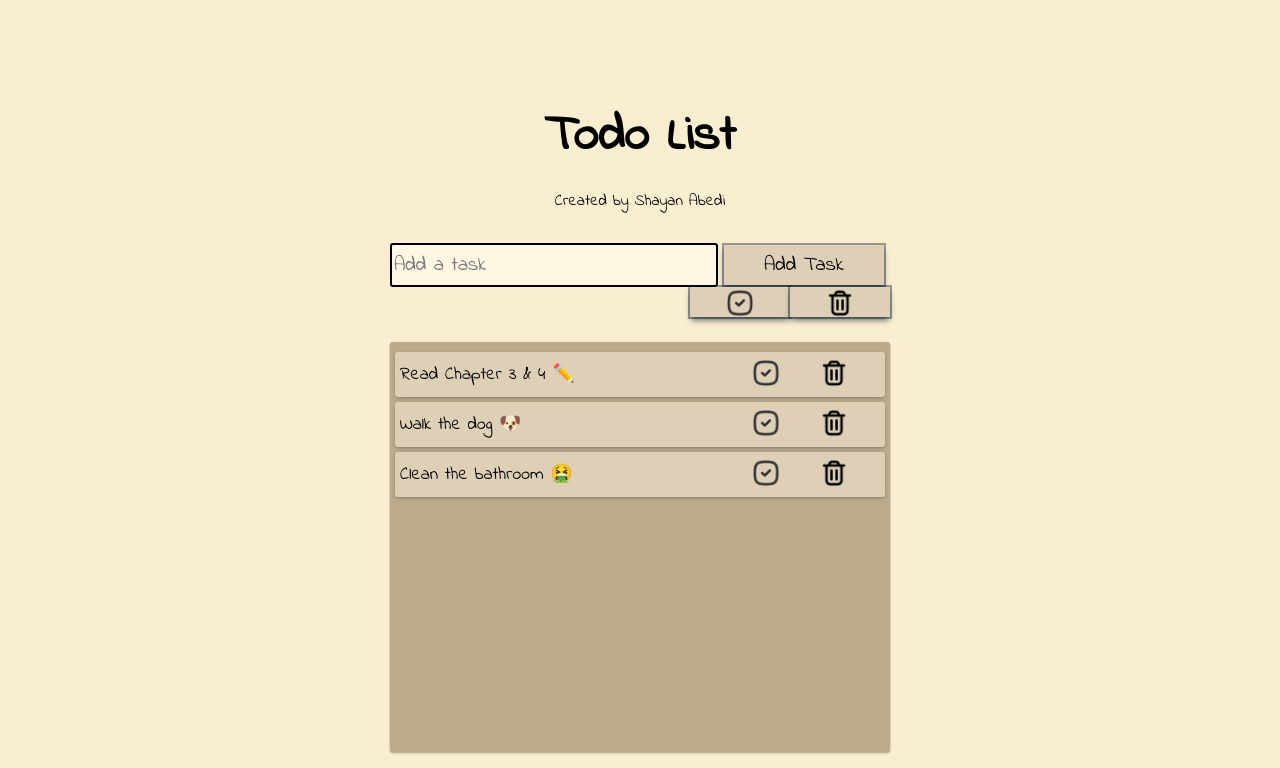
Repository: shayanabedi98/todo-list
Page: /
These files come from the project's save history. The page is drawn as it stood at one moment and after the next save; the edit follows.
The browser window is 1280 px wide. The pictures show the whole page.
The project was rebuilt for these pictures with package versions that can differ from the ones it lists, and the page was loaded fresh each time. Also part of the build but not shown: vite.config.js.

Above is the page before, as saved 2023-12-30 17:10:50.

### index.html
<!doctype html>
<html lang="en">
  <head>
    <meta charset="UTF-8" />
    <link rel="icon" type="image/svg+xml" href="./src/assets/pencil-svgrepo-com.png" />
    <meta name="viewport" content="width=device-width, initial-scale=1.0" />
    <link rel="preconnect" href="https://fonts.googleapis.com">
    <link rel="preconnect" href="https://fonts.gstatic.com" crossorigin>
    <link href="https://fonts.googleapis.com/css2?family=Indie+Flower&display=swap" rel="stylesheet">
    <title>Todo List</title>
  </head>
  <body>
    <div id="root"></div>
    <script type="module" src="/src/main.jsx"></script>
  </body>
</html>

### src/App.jsx
import { useState } from "react";
import { v4 as uuid } from "uuid";
import TodoList from "./TodoList";
import CreateTask from "./CreateTask";
import AffectAll from "./AffectAll";

function App() {
  const [list, setList] = useState([
    { id: uuid(), text: "Read Chapter 3 & 4 ✏️", completed: false },
    { id: uuid(), text: "Walk the dog 🐶", completed: false },
    { id: uuid(), text: "Clean the bathroom 🤮", completed: false },
  ]);
  const [input, setInput] = useState("");

  const addTask = () => {
    if (input.trim() !== "") {
      setList([...list, { id: uuid(), text: input, completed: false }]);
      setInput("");
    }
  };

  const handleChange = (event) => {
    setInput(event.target.value);
  };

  const handleDelete = (taskID) => {
    const newList = list.filter((task) => {
      return task.id !== taskID;
    });
    setList(newList);
  };

  const handleComplete = (taskID) => {
    const newList = list.map((task) => {
      if (task.id === taskID) {
        return { ...task, completed: !task.completed };
      } else {
        return task;
      }
    });
    setList(newList);
  };

  const clearAll = () => {
    setList([]);
  };

  const completeAll = () => {
    const isItCompleted = list.some((task) => !task.completed);
    const newList = list.map((task) => ({ ...task, completed: isItCompleted }));
    setList(newList)
  };

  return (
    <>
      <h1>Todo List</h1>
      <p>Created by Shayan Abedi</p>
      <CreateTask handleChange={handleChange} input={input} addTask={addTask} />
      <AffectAll clearAll={clearAll} completeAll={completeAll} />
      <TodoList
        list={list}
        handleDelete={handleDelete}
        handleComplete={handleComplete}
      />
    </>
  );
}

export default App;

### src/index.css
body {
  background-color: #FAEED1;
  font-family: 'Indie Flower', cursive;
}

h1 {
  font-size: 50px;
  margin-top: 100px;
  margin-bottom: 0;
  text-align: center;
}

.create-task {
  display: grid;
  place-items: center;
  align-content: center;
  grid-template-columns: 1fr 1fr;
  margin: 30px auto 0 auto;
}

.create-task input {
  background-color: #FDF7E4;
  border: 2px solid black;
  border-radius: 3px;
  font-size: 20px;
  height: 38px;
  width: 320px;
  font-family: 'Indie Flower', cursive;
}

.create-task button {
  background-color: #DED0B6;
  border: none;
  font-family: 'Indie Flower', cursive;
  height: 40px;
  width: 160px;
  font-size: 20px;
  box-shadow: rgba(6, 24, 44, 0.4) 0px 0px 0px 2px, rgba(6, 24, 44, 0.65) 0px 4px 6px -1px, rgba(255, 255, 255, 0.08) 0px 1px 0px inset;
  cursor: pointer;
}

.affect-all {
  text-align: end;
}

.affect-all button {
  background-color: #DED0B6;
  border: none;
  font-family: 'Indie Flower', cursive;
  height: 30px;
  width: 100px;
  box-shadow: rgba(6, 24, 44, 0.4) 0px 0px 0px 2px, rgba(6, 24, 44, 0.65) 0px 4px 6px -1px, rgba(255, 255, 255, 0.08) 0px 1px 0px inset;
  cursor: pointer;
}

.list ul {
 padding: 5px;
 box-shadow: rgba(0, 0, 0, 0.12) 0px 1px 3px, rgba(0, 0, 0, 0.24) 0px 1px 2px;
  border-radius: 3px;
  background-color: #BBAB8C;
  min-height: 400px;
}

.list li {
  list-style: none;
  display: grid;
  grid-template-columns: 1fr 0.2fr 0.2fr;
  background-color: #DED0B6;
  margin-top: 5px;
  margin-bottom: 5px;
  padding: 5px;
  box-shadow: rgba(50, 50, 93, 0.25) 0px 2px 5px -1px, rgba(0, 0, 0, 0.3) 0px 1px 3px -1px;
  border-radius: 3px;
  font-size: 18px;
  align-items: center;
}

p, h1, .create-task, .list, .affect-all {
  width: 500px;
  margin-left: auto;
  margin-right: auto;
}

.list button {
  background-color: #DED0B6;
  height: 35px;
  width: 35px;
  margin: auto 2px;
  cursor: pointer;
  border: none;
  border-radius: 3px;
}

.list img, .affect-all img {
  height: 30px;
}

p {
  text-align: center;
}

### src/TodoList.jsx
import React from "react";
import trash from "./assets/trash.png";
import check from "./assets/check.png";

const TodoList = ({ handleComplete, handleDelete, list }) => {
  const completedStyle = (condition) => {
    return condition
      ? {
          color: "grey",
          textDecoration: "line-through",
        }
      : {};
  };

  return (
    <div className="list">
      <ul>
        {list.map((task) => {
          return (
            <li key={task.id}>
              <span style={completedStyle(task.completed)}>{task.text}</span>
              <button id="complete" onClick={() => handleComplete(task.id)}>
                <img src={check} alt="checkmark button"/>
              </button>
              <button id="delete" onClick={() => handleDelete(task.id)}>
                <img src={trash} alt="delete button"/>
              </button>
            </li>
          );
        })}
      </ul>
    </div>
  );
};

export default TodoList;

### src/CreateTask.jsx
import React from "react";

const CreateTask = ({input, addTask, handleChange}) => {
  return (
    <div className="create-task">
      <input
        onKeyDown={(e) => e.key === 'Enter' && addTask()}
        placeholder="Add a task"
        type="text"
        onChange={handleChange}
        value={input}
      />
      <button onClick={addTask}>Add Task</button>
    </div>
  );
};

export default CreateTask;

### src/AffectAll.jsx
import React from "react";
import trash from "./assets/trash.png";
import check from "./assets/check.png";

const AffectAll = ({ clearAll, completeAll }) => {
  return (
    <div className="affect-all">
      <button onClick={completeAll}><img src={check} alt="" /></button>
      <button onClick={clearAll}><img src={trash} alt="" /></button>
    </div>
  );
};

export default AffectAll;

Loaded but not shown: src/main.jsx (common file)

After the next save:
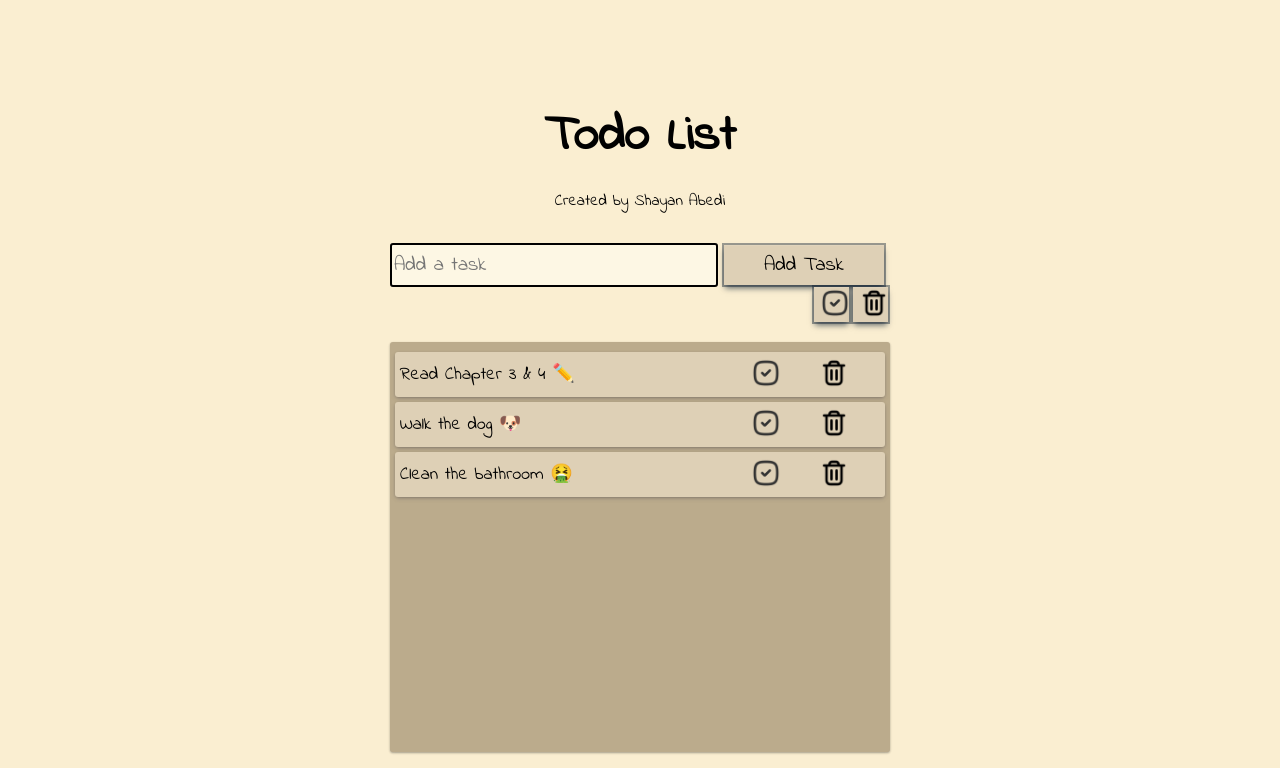
Saved 9 s later.
--- a/src/index.css
+++ b/src/index.css
@@ -47,8 +47,9 @@ h1 {
   background-color: #DED0B6;
   border: none;
   font-family: 'Indie Flower', cursive;
-  height: 30px;
-  width: 100px;
+  height: 35px;
+  width: 35px;
+  margin: auto 2px;
   box-shadow: rgba(6, 24, 44, 0.4) 0px 0px 0px 2px, rgba(6, 24, 44, 0.65) 0px 4px 6px -1px, rgba(255, 255, 255, 0.08) 0px 1px 0px inset;
   cursor: pointer;
 }
